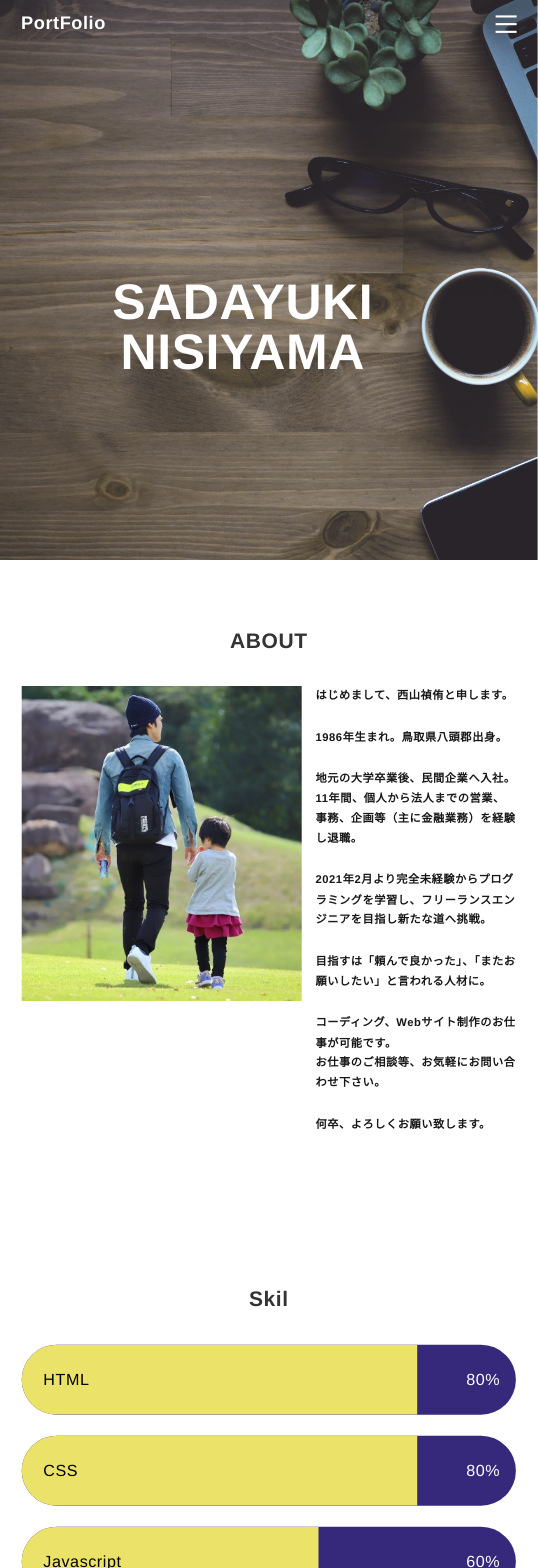
Repository: sadayuki15/portfolio
Page: index.html
An editor plug-in stored every save of this project. The page is shown before and after the next save, followed by the edit.
The browser window is 768 px wide. The pictures show the part of the page from y = 0 to 2240 px (the page is 3907 px tall), at 70% of full size.

Above is the page before, as saved 2021-04-26 02:05:54.

After the next save:
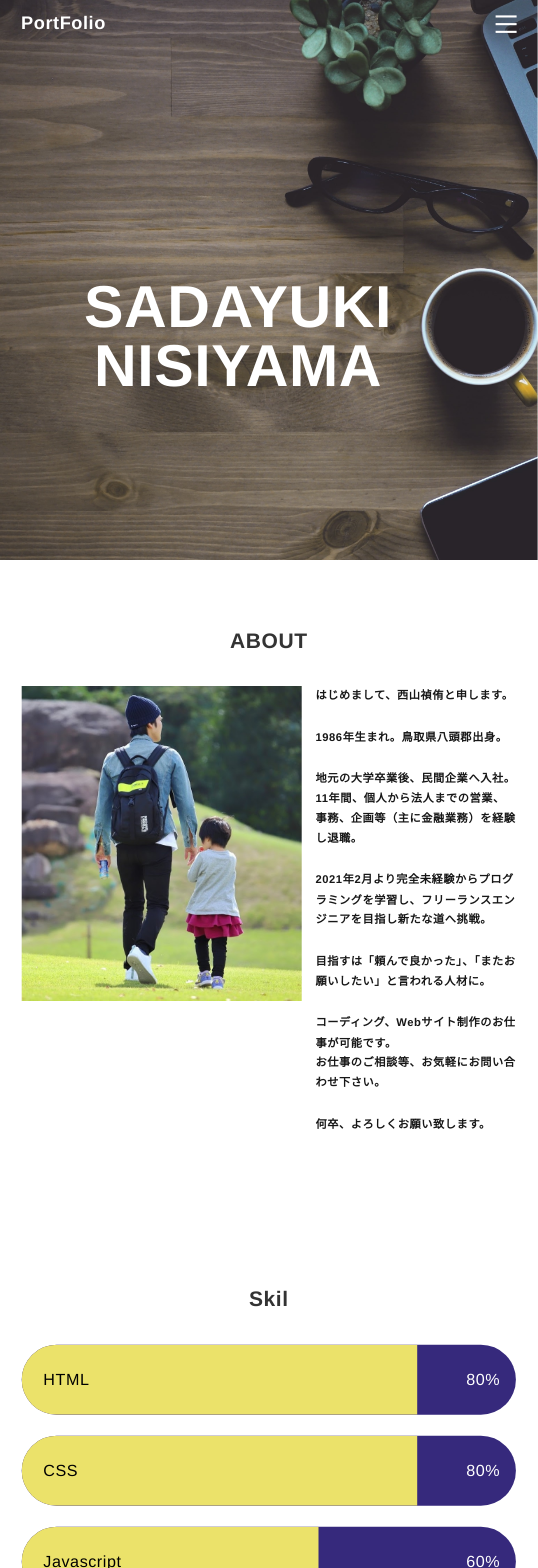
Saved 23 s later.
--- a/css/style.css
+++ b/css/style.css
@@ -401,7 +401,7 @@ body.noscroll {
   transform: translate(-60%,-50%);
 }
 .main-title {
-  font-size: 9.3vw;
+  font-size: 11vw;
   white-space: nowrap;
 }
 }
